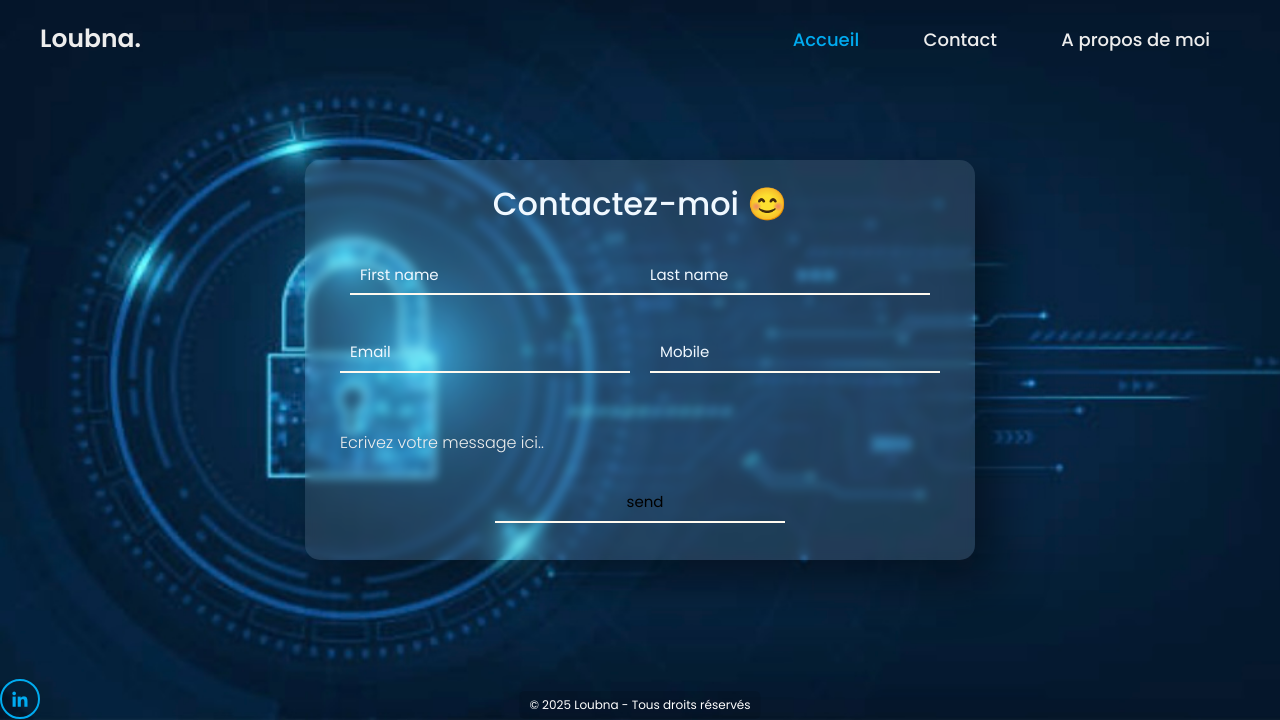
Repository: Loubna77290/Portfolio-de-Loubna
Page: contact.html
The author's editor kept a copy of each file at every save. The page is drawn from the files as they stood at one save, then again after the next save.
The browser window is 1280 px wide. The pictures show the whole page.

Above is the page before, as saved 2025-03-10 23:46:05.

### contact.html
<!DOCTYPE html>
<html lang="en">
<head>
    <meta charset="UTF-8">
    <meta name="viewport" content="width=device-width, initial-scale=1.0">
    <title>Fiche contact</title>
    <link rel="stylesheet" href="style.css">
    <link href='https://unpkg.com/boxicons@2.1.4/css/boxicons.min.css'rel='stylesheet'>
</head>
<body>

  <header class="header">
        <a href="#" class="logo">Loubna.</a>
         <nav class="navbar">
            <a href="/index.html"class="active">Accueil</a>
            <a href="/contact.html">Contact</a>
            <a href="about.html">A propos de moi</a>
        </nav>
    </header>

    <div class="contact-background">
        <form>
            <h1>Contactez-moi &#128522;</h1>
            <input type="text" id="firstname" placeholder="First name"required>
            <input type="text" id="lastname" placeholder="Last name"required>
            <input type="email" id="email" placeholder="Email"required>
            <input type="text" id="mobile" placeholder="Mobile"required>
            <h4>Ecrivez votre message  ici..</h4>
            <input type="submit" value="send" id="button">


        </form>



    </div>
    </section>

    <div class="home-sci">
        <a href="https://www.linkedin.com/in/loubna-m-baaa031a6/"target="_blank"><i class='bx bxl-linkedin'></i></a>
     </div>
</body>

    <footer>
        <p>&copy; 2025 Loubna - Tous droits réservés </p>
       </footer>
</html>

### style.css
@import url('https://fonts.googleapis.com/css2?family=Poppins:wght@300;400;500;600;700;800;900&display=swap');

* {
    margin: 0;
    padding: 0;
    box-sizing: border-box;
    font-family: 'Poppins', sans-serif;

}

body {
    background: #081b29;
    color: #ededed;

}

.header {
    position:fixed;
    top: 0;
    left:0;
    width: 100%;
    padding: 20px 10px;
    background: transparent;
    display: flex;
    justify-content: space-between;
    align-items: center;
    z-index: 100;
}


.logo {
    position: relative;
    margin-left: 30px;
    font-size: 25px;
    color: #ededed;
    text-decoration: none;
    font-weight: 600;

}

.logo::before {
    content: '';
    position: absolute;
    top: 0;
    right: 0;
    width: 100%;
    height: 100%;
    background: #081b29b6;
    animation: showRight 1s ease forwards;
    animation-delay: .4s;;
}

.navbar a {
    font-size: 18px;
    color: #ededed;
    text-decoration: none;
    font-weight: 500;
    margin-right: 60px;
    justify-content: flex-end;
    transition: .3s;

}

.navbar a:hover,
.navbar a.active {
    color: #00abf0;

}

.accueil {
    position: relative;
    height: 100vh;
    background: url(./IMG_7408.jpg) no-repeat center center;
    background-size: cover;
    display: flex;
    align-items: center;
    padding: 0 10%;

}

.accueil-contenu {
    background: transparent;
    max-width: 600px;


    }

.accueil-contenu h2 {
    font-size: 45px;
    font-weight: 700;
    line-height: 1.2;
    white-space: nowrap;
}

.accueil-contenu h2::before {
    content: '';
    position: absolute;
    top: 0;
    right: 0;
    width: 100%;
    height: 100%;
    background: #081b29;
    animation: showRight 1s ease forwards;
    animation-delay: 1s;
}

.accueil-contenu h3 {
    font-size: 30px;
    font-weight: 600;
    color: #0ff;

}

.accueil-contenu p {
    font-size: 16px;
    margin: 20px  0 40px;
    line-height: 1.2;
}

.accueil-contenu .btn-box {
    position: relative;
    display: flex;
    justify-content: space-between;
    width: 380px;
    height: 60px;

}

.accueil-contenu .btn-box::before {
    content: '';
    position: absolute;
    top: 0;
    right: 0;
    width: 100%;
    height: 100%;
    background: #081b294d;
    animation: showRight 1s ease forwards;
    animation-delay: 1.9s;
    z-index: 2;
}

.btn-box a {
    position: relative;
    display: inline-flex;
    justify-content: center;
    align-items: center;
    width: 150px;
    height: 110%;
    background: #00abf0;
    border: 2px solid #00abf0;
    border-radius: 8px;
    font-size: 19px;
    color: #081b29;
    text-align: center;
    text-decoration: none;
    font-weight: 600;
    letter-spacing: 1px;
    z-index: 1;
    overflow: hidden;
    transition: .5s;
}

.btn-box a:hover {
    color: #00abf0;

}

.btn-box a:nth-child(2) {
    background: transparent;
    color:#00abf0
}

.btn-box a:nth-child(2):hover {
    color:#081b29;
}


.btn-box a:nth-child(2)::before {
    background: #00abf0;
    }

.btn-box a::before {
    content: '';
    position: absolute;
    top: 0;
    left: 0;
    width: 0;
    height: 100%;
    background: #081b29;
    z-index: -1;
    transition: .5s;
}

.btn-box a:hover::before {
    width: 100%;
    }

.home-sci {
    position: absolute;
    bottom: 1px;
    width: 150px;
    display: flex;
    justify-content: space-between;
}

.home-sci::before {
    content: '';
    position: absolute;
    top: 0;
    right: 0;
    width: 100%;
    height: 100%;
    background: #081b29;
    animation: showRight 1s ease forwards;
    animation-delay: 2.5s;
    z-index: 2;
}

.home-sci a {
    position: relative;
    display: inline-flex;
    justify-content: center;
    align-items: center;
    width: 40px;
    height: 40px;
    background: transparent;
    border: 2px solid #00abf0;
    border-radius: 50%;
    font-size: 20px;
    text-decoration: none;
    z-index: 1;
    overflow: hidden;
    transition: .5s;
    color: #00abf0;
}

.home-sci a:hover {
    color: #081b29;

}
.home-sci a::before {
    content: '';
    position: absolute;
    top: 0;
    left: 0;
    width: 0;
    height: 100%;
    background:#00abf0;
    transition: .5s;
    z-index: -1;
}

.home-sci a:hover::before {
    width: 100%;
}

/* KEYFRAMES ANIMATION */
@keyframes showRight {
    100% {
        width: 0;
    }
}

.contact-background  {
    background: url('IMG_7400.jpg');
    min-height: 100vh;
    height: 100vh;
    background-size: cover;
    display: flex;
    justify-content: center;
    align-items: center;
}

.contact-background form {
    width: 670px;
    height: 400px;
    display: flex;
    justify-content: center;
    box-shadow: 20px 20px 50px rgba(0, 0, 0, 0.5);
    border-radius: 15px;
    background: rgba(255,255,255,0.1);
    backdrop-filter: blur(5px);
    flex-wrap: wrap;
}

.contact-background h1 {
    color: aliceblue;
    font-weight: 500;
    margin-top: 20px;
    width: 500px;
    text-align: center;
}

.contact-background form input {
    width: 290px;
    height: 40px;
    padding-left: 10px;
    outline: none;
    border: none;
    font-size: 15px;
    margin-bottom: 10px;
    background: none;
    border-bottom: 2px solid floralwhite;
     }


 .contact-background form input::placeholder {
    color: aliceblue;
 }

 .contact-background form #lastName,
 .contact-background form #mobile {
    margin-left: 20px;

 }
.contact-background form h4 {
    font-weight: 300;
    width: 600px;
    margin-top: 20px;
}

.contact-background form textarea {
    background: none;
    border: none;
    border-bottom: 2px solid #ffff;
    color: #ffff;
    font-weight: 200;
    font-size: 15px;
    padding: 10px;
    outline: none;
    min-width: 600px;
    max-width: 600px;
    min-height: 80px;
    max-height: 80px;

}

textarea::-webkit-scrollbar {
     width: 1em;
}

textarea::-webkit-scrollbar-thumn {
    background-color: #ffff;

}

/* footer page à propos de moi  */
footer {
    position: absolute;
    bottom: 1px;
    left: 50%;
    transform: translate(-50%);
    background: rgba(0, 0, 0, 0.116);
    color: white;
    padding: 5px 10px;
    font-size: 12px;
    border-radius: 5px;
    z-index: 10;
}

.about-background  {
    background: url('IMG_7400.jpg');
    height: 100vh;
    background-size: cover;
    display: flex;
}

/* contenu de la page à propos de moi  */
.about-content {
    display: flex;
    flex-direction: column;
    justify-content: baseline;
    margin-top: 40px;
    width: 100%;
}

.about-content h1 {
    font-weight: 900;
    color: #ededed;
   margin-left: 120px;
}

.about-content p {
    padding: 30px;
    color: #ffff;
    text-align: left;
}

.about-content h2 {
    font-weight: 900;
    color: #ededed;
   margin-left: 100px;
}

.about-background {
    display: flex;
    justify-content: space-between;
    align-items:flex-start;
    padding: 50px;
}
.about-content {
    width: 55%;
}

.about-skills {
    margin: 100px;
    width: 40%;
    background: rgba(255,255,255,0.1);
    padding: 20px;
    border-radius: 10px;

}

.about-skills h2 {
    color: #00abf0;
    margin-bottom: 10px;
}

.about-skills ul {
    list-style: none;
    padding: 0;

}

.about-skills li {
    font-size: 16px;
    margin-bottom: 25px;
 }

 .about-content {
    opacity: 0;
    animation: fadeIn 1s ease-in forwards;
    animation-delay: 1s;
 }

 .about-skills {
     opacity: 0;
     animation: fadeIn 1s ease-in forwards;
     animation-delay: 3s;
    }

    /* mise en place d'animation avec keyframe  */

    @keyframes fadeIn {
        from{
            opacity: 0;
            transform: translateY(20px);
        }
        to {
            opacity: 1;
            transform: translateY(0);
        }
    }


    /* style fiche contact css  */

After the next save:
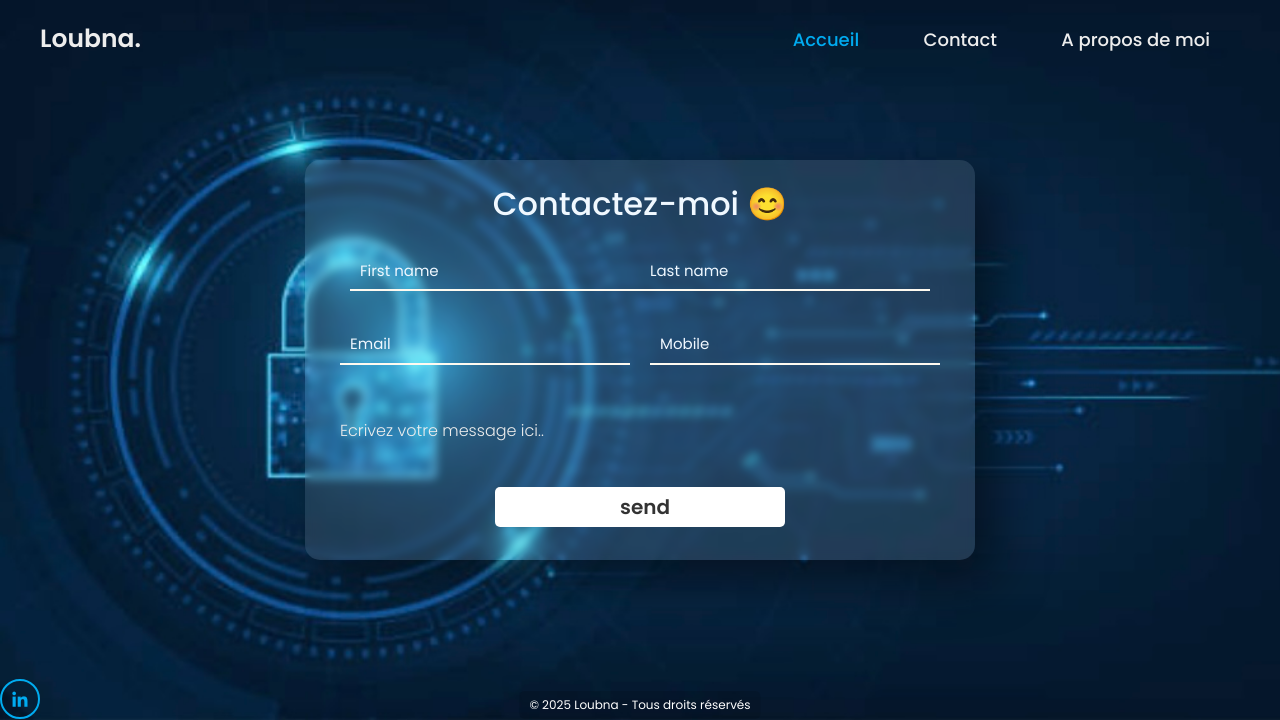
Saved 83 s later.
--- a/style.css
+++ b/style.css
@@ -344,6 +344,16 @@ textarea::-webkit-scrollbar-thumn {
 
 }
 
+
+.contact-background form #button {
+    border: none;
+    background: #ffff;
+    border-radius: 5px;
+    margin-top: 20px;
+    font-weight: 600;
+    font-size: 20px;
+    color: #333;
+}
 /* footer page à propos de moi  */
 footer {
     position: absolute;
